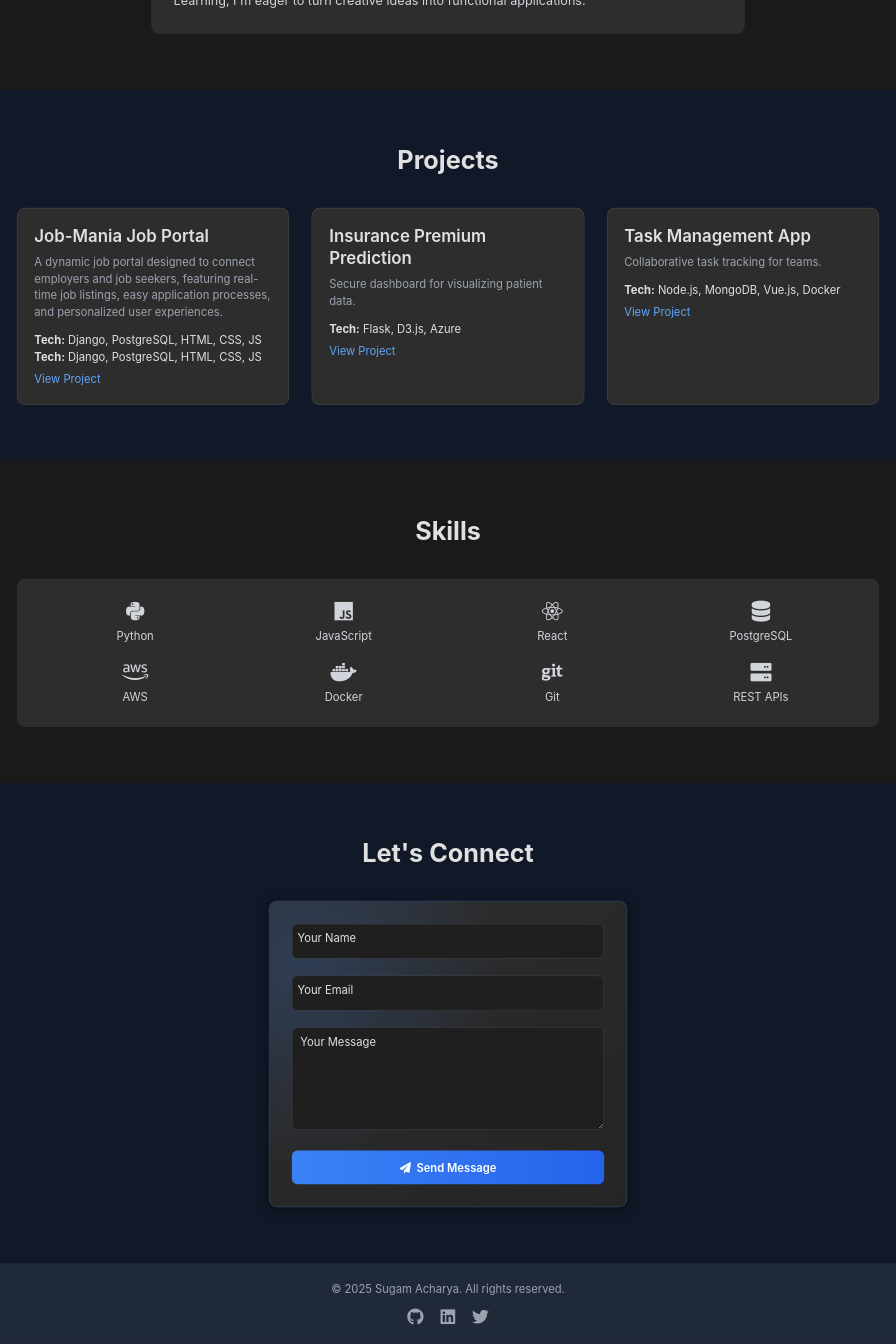
Repository: Sugaam0/Portfolio
Page: portfolio/home/templates/home/index.html
An editor plug-in stored every save of this project. The page is shown before and after the next save, followed by the edit.
The browser window is 1280 px wide. The pictures show the part of the page from y = 954 to 2874 px (the page is 2874 px tall before and 2850 px after), at 70% of full size.
The template is drawn by Django 5.2. The application's start-up code is not run. Other server files are loaded and not shown. The template is opened directly, without the code that normally fills it, so the values that code supplies are empty.

Above is the page before, as saved 2025-05-08 17:26:14.

### portfolio/home/templates/home/index.html
{% load static %}
<!DOCTYPE html>
<html lang="en">
<head>
  <meta charset="UTF-8" />
  <meta name="viewport" content="width=device-width, initial-scale=1.0"/>
  <title>| Sugam Acharya |</title>
  <link href="https://cdn.jsdelivr.net/npm/tailwindcss@2.2.19/dist/tailwind.min.css" rel="stylesheet"/>
  <link rel="stylesheet" href="https://cdnjs.cloudflare.com/ajax/libs/font-awesome/6.0.0-beta3/css/all.min.css"/>
  <link rel="stylesheet" href="{% static 'css/style.css' %}">
</head>
<body class="antialiased scroll-smooth">

{% include 	"home/navbar.html" %}
<!-- Hero Section -->
<section id="home" class="min-h-screen flex items-center justify-center pt-20">
  <div class="container mx-auto px-6 text-center">
    <h1 class="text-5xl font-bold mb-4">Aspiring Full-Stack Developer</h1>
    <p class="text-lg text-accent mb-4">
      <span id="typed-text" class="font-semibold">Building the web one line at a time.</span>
    </p>
    <p class="text-xl text-secondary mb-6">
      Eager to build innovative digital experiences and grow through hands-on projects and collaboration.
    </p>
    <p class="text-md text-secondary mb-8">
      Recently completed training in modern web technologies including Python, JavaScript, and Java.
    </p>
    <a href="#projects" class="btn-accent px-6 py-3 rounded-lg font-semibold">Explore My Work</a>
  </div>
</section>

<!-- About Section -->
<section id="about" class="py-20">
  <div class="container mx-auto px-6 max-w-4xl">
    <h2 class="text-4xl font-bold text-center mb-10">About Me</h2>
    <div class="section-bg p-8">
      <p class="text-lg leading-relaxed text-gray-300">
        Passionate coder focused on building efficient web solutions. Skilled in Python and Machine Learning, I'm eager to turn creative ideas into functional applications.
      </p>
    </div>
  </div>
</section>

<!-- Projects -->
<section id="projects" class="py-20 bg-gray-900">
  <div class="container mx-auto px-6">
    <h2 class="text-4xl font-bold text-center mb-12">Projects</h2>
    <div class="grid grid-cols-1 md:grid-cols-2 lg:grid-cols-3 gap-8">
      <!-- Project Cards -->
      <div class="project-card section-bg p-6">
        <h3 class="text-2xl font-semibold mb-2">Job-Mania Job Portal</h3>
        <p class="text-gray-400 mb-4">A dynamic job portal designed to connect employers and job seekers, featuring real-time job listings, easy application processes, and personalized user experiences.</p>
        <p><strong>Tech:</strong> Django, PostgreSQL, HTML, CSS, JS</p>
        <p><strong>Tech:</strong> Django, PostgreSQL, HTML, CSS, JS</p>
        <a href="#" class="text-blue-400 hover:underline mt-2 inline-block">View Project</a>
      </div>
      <div class="project-card section-bg p-6">
        <h3 class="text-2xl font-semibold mb-2">Insurance Premium Prediction</h3>
        <p class="text-gray-400 mb-4">Secure dashboard for visualizing patient data.</p>
        <p><strong>Tech:</strong> Flask, D3.js, Azure</p>
        <a href="#" class="text-blue-400 hover:underline mt-2 inline-block">View Project</a>
      </div>
      <div class="project-card section-bg p-6">
        <h3 class="text-2xl font-semibold mb-2">Task Management App</h3>
        <p class="text-gray-400 mb-4">Collaborative task tracking for teams.</p>
        <p><strong>Tech:</strong> Node.js, MongoDB, Vue.js, Docker</p>
        <a href="#" class="text-blue-400 hover:underline mt-2 inline-block">View Project</a>
      </div>
    </div>
  </div>
</section>

<!-- Skills -->
<section id="skills" class="py-20">
  <div class="container mx-auto px-6">
    <h2 class="text-4xl font-bold text-center mb-12">Skills</h2>
    <div class="section-bg p-8 grid grid-cols-2 md:grid-cols-4 gap-6 text-center text-gray-300">
      <div><i class="fab fa-python text-3xl mb-2 icon-hover"></i><p>Python</p></div>
      <div><i class="fab fa-js text-3xl mb-2 icon-hover"></i><p>JavaScript</p></div>
      <div><i class="fab fa-react text-3xl mb-2 icon-hover"></i><p>React</p></div>
      <div><i class="fas fa-database text-3xl mb-2 icon-hover"></i><p>PostgreSQL</p></div>
      <div><i class="fab fa-aws text-3xl mb-2 icon-hover"></i><p>AWS</p></div>
      <div><i class="fab fa-docker text-3xl mb-2 icon-hover"></i><p>Docker</p></div>
      <div><i class="fab fa-git text-3xl mb-2 icon-hover"></i><p>Git</p></div>
      <div><i class="fas fa-server text-3xl mb-2 icon-hover"></i><p>REST APIs</p></div>
    </div>
  </div>
</section>

<!-- Contact Section -->
<section id="contact" class="py-20 bg-gray-900">
  <div class="container mx-auto px-6">
    <h2 class="text-4xl font-bold text-center mb-12">Let's Connect</h2>
    <div class="contact-form p-8 max-w-lg mx-auto rounded-xl">
      <form action="{% url 'contact' %}" method="POST">
        {% csrf_token %}
        <div class="mb-6 relative">
          <input type="text" id="name" name="name" class="form-input w-full p-3 rounded-lg peer" placeholder=" " required>
          <label for="name" class="form-label absolute left-2 top-2 text-secondary">Your Name</label>
        </div>
        <div class="mb-6 relative">
          <input type="email" id="email" name="email" class="form-input w-full p-3 rounded-lg peer" placeholder=" " required>
          <label for="email" class="form-label absolute left-2 top-2 text-secondary">Your Email</label>
        </div>
        <div class="mb-6 relative">
          <textarea id="message" name="message" rows="5" class="form-input w-full p-3 rounded-lg peer" placeholder=" " required></textarea>
          <label for="message" class="form-label absolute left-3 top-2 text-secondary">Your Message</label>
        </div>
        <button type="submit" class="btn-accent w-full py-3 rounded-lg font-semibold flex items-center justify-center gap-2">
          <i class="fas fa-paper-plane"></i> Send Message
        </button>
      </form>
    </div>
  </div>
</section>

<!-- Footer -->
{% include "home/footer.html" %}
</body>
</html>

### portfolio/home/templates/home/navbar.html
<!-- Navbar -->
<nav class="navbar fixed top-0 w-full z-50">
    <div class="container mx-auto px-6 py-5 flex justify-between items-center">
      <a href="{% url 'index' %}" class="logo text-white">Sugam Acharya</a>
      <div class="space-x-6 text-sm font-medium">
        <a href="#about" class="nav-link">About</a>
        <a href="#projects" class="nav-link">Projects</a>
        <a href="#skills" class="nav-link">Skills</a>
        <a href="#contact" class="nav-link">Contact</a>
      </div>
    </div>
  </nav>

### portfolio/home/templates/home/footer.html
<footer class="bg-gray-800 py-6">
    <div class="container mx-auto px-6 text-center text-gray-400">
      <p>© 2025 Sugam Acharya. All rights reserved.</p>
      <div class="flex justify-center space-x-6 mt-4">
        <a href="https://github.com/Sugaam0" class="icon-hover" target="_blank"><i class="fab fa-github text-2xl"></i></a>
        <a href="https://www.linkedin.com/in/sugam-acharya-b1059a23b/" class="icon-hover" target="_blank"><i class="fab fa-linkedin text-2xl"></i></a>
        <a href="https://x.com/gaam_su" class="icon-hover" target="_blank"><i class="fab fa-twitter text-2xl"></i></a>
      </div>
    </div>
  </footer>

### portfolio/home/static/css/style.css
:root {
    --bg-primary: #1a1a1a;
    --bg-secondary: #2d2d2d;
    --text-primary: #e0e0e0;
    --text-secondary: #a0a0a0;
    --accent: #3b82f6;
    --accent-dark: #2563eb;
  }

  body {
    background-color: var(--bg-primary);
    color: var(--text-primary);
    font-family: 'Inter', sans-serif;
  }

  .navbar {
    background: linear-gradient(to bottom, var(--bg-secondary), rgba(45, 45, 45, 0.95));
    backdrop-filter: blur(8px);
    box-shadow: 0 2px 5px rgba(0, 0, 0, 0.3);
  }

  .nav-link {
    position: relative;
    padding-bottom: 0.25rem;
    transition: color 0.3s ease;
  }

  .nav-link::after {
    content: '';
    position: absolute;
    width: 0;
    height: 2px;
    bottom: 0;
    left: 0;
    background-color: var(--accent);
    transition: width 0.3s ease;
  }

  .nav-link:hover::after {
    width: 100%;
  }

  .nav-link:hover {
    color: var(--accent);
  }

  .logo {
    font-size: 1.75rem;
    font-weight: 800;
    letter-spacing: 0.05em;
    transition: transform 0.3s ease, color 0.3s ease;
  }

  .logo:hover {
    transform: scale(1.05);
    color: var(--accent);
  }

  .section-bg {
    background-color: var(--bg-secondary);
    border-radius: 0.75rem;
    transition: background-color 0.3s ease;
  }

  .section-bg:hover {
    background-color: #353535;
  }

  .btn-accent {
    background: linear-gradient(to right, var(--accent), var(--accent-dark));
    color: white;
    position: relative;
    overflow: hidden;
    transition: background 0.3s ease;
  }

  .btn-accent::before {
    content: '';
    position: absolute;
    top: 0;
    left: -100%;
    width: 100%;
    height: 100%;
    background: linear-gradient(90deg, transparent, rgba(255, 255, 255, 0.2), transparent);
    transition: 0.5s;
  }

  .btn-accent:hover::before {
    left: 100%;
  }

  .btn-accent:hover {
    background: linear-gradient(to right, var(--accent-dark), var(--accent));
  }

  .project-card {
    transition: transform 0.3s ease, box-shadow 0.3s ease, border-color 0.3s ease;
    border: 1px solid rgba(255, 255, 255, 0.1);
  }

  .project-card:hover {
    transform: translateY(-6px);
    box-shadow: 0 6px 25px rgba(0, 0, 0, 0.6);
    border-color: var(--accent);
  }

  .icon-hover {
    transition: transform 0.3s ease, color 0.3s ease;
  }

  .icon-hover:hover {
    transform: scale(1.2);
    color: var(--accent);
  }

  /* Enhanced Contact Form Styles */
      .contact-form {
          background: linear-gradient(145deg, var(--bg-secondary), #252525);
          border: 1px solid rgba(59, 130, 246, 0.3);
          box-shadow: 0 4px 15px rgba(0, 0, 0, 0.5);
          position: relative;
          overflow: hidden;
      }

      .contact-form::before {
          content: '';
          position: absolute;
          top: 0;
          left: 0;
          width: 100%;
          height: 100%;
          background: radial-gradient(circle at 10% 20%, rgba(59, 130, 246, 0.2) 0%, transparent 50%);
          pointer-events: none;
      }

      .form-input {
          background-color: #1f1f1f;
          border: 1px solid rgba(255, 255, 255, 0.1);
          transition: border-color 0.3s ease, box-shadow 0.3s ease;
      }

      .form-input:focus {
          border-color: var(--accent);
          box-shadow: 0 0 8px rgba(59, 130, 246, 0.3);
          outline: none;
      }

      .form-label {
          transition: color 0.3s ease;
      }

      .form-input:focus + .form-label,
      .form-input:not(:placeholder-shown) + .form-label {
          color: var(--accent);
          transform: translateY(-1.5rem);
          font-size: 0.8rem;
      }

      ::selection {
          background: var(--accent);
          color: white;
      }

After the next save:
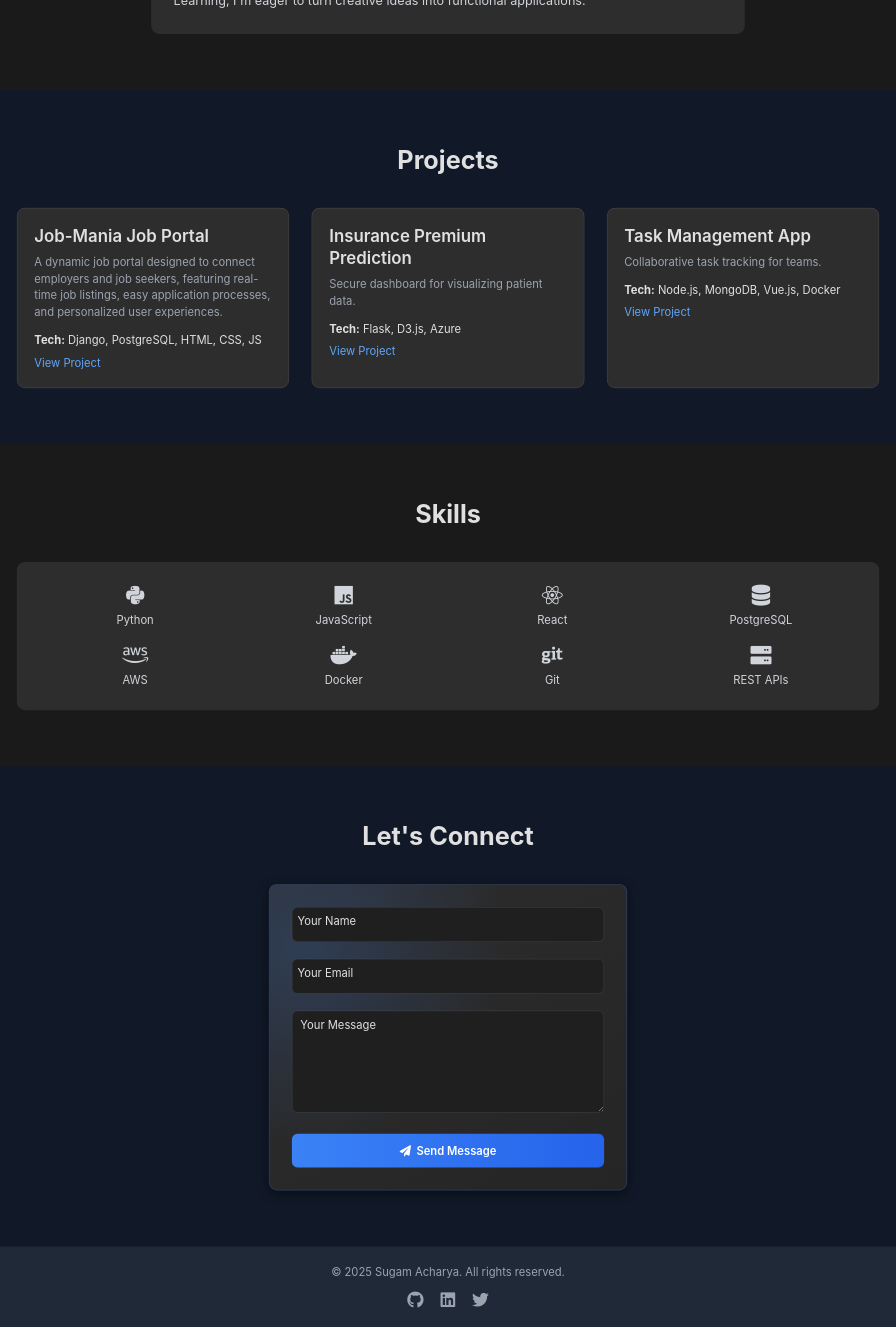
Saved 4 s later.
--- a/portfolio/home/templates/home/index.html
+++ b/portfolio/home/templates/home/index.html
@@ -51,7 +51,7 @@
         <h3 class="text-2xl font-semibold mb-2">Job-Mania Job Portal</h3>
         <p class="text-gray-400 mb-4">A dynamic job portal designed to connect employers and job seekers, featuring real-time job listings, easy application processes, and personalized user experiences.</p>
         <p><strong>Tech:</strong> Django, PostgreSQL, HTML, CSS, JS</p>
-        <p><strong>Tech:</strong> Django, PostgreSQL, HTML, CSS, JS</p>
+
         <a href="#" class="text-blue-400 hover:underline mt-2 inline-block">View Project</a>
       </div>
       <div class="project-card section-bg p-6">
